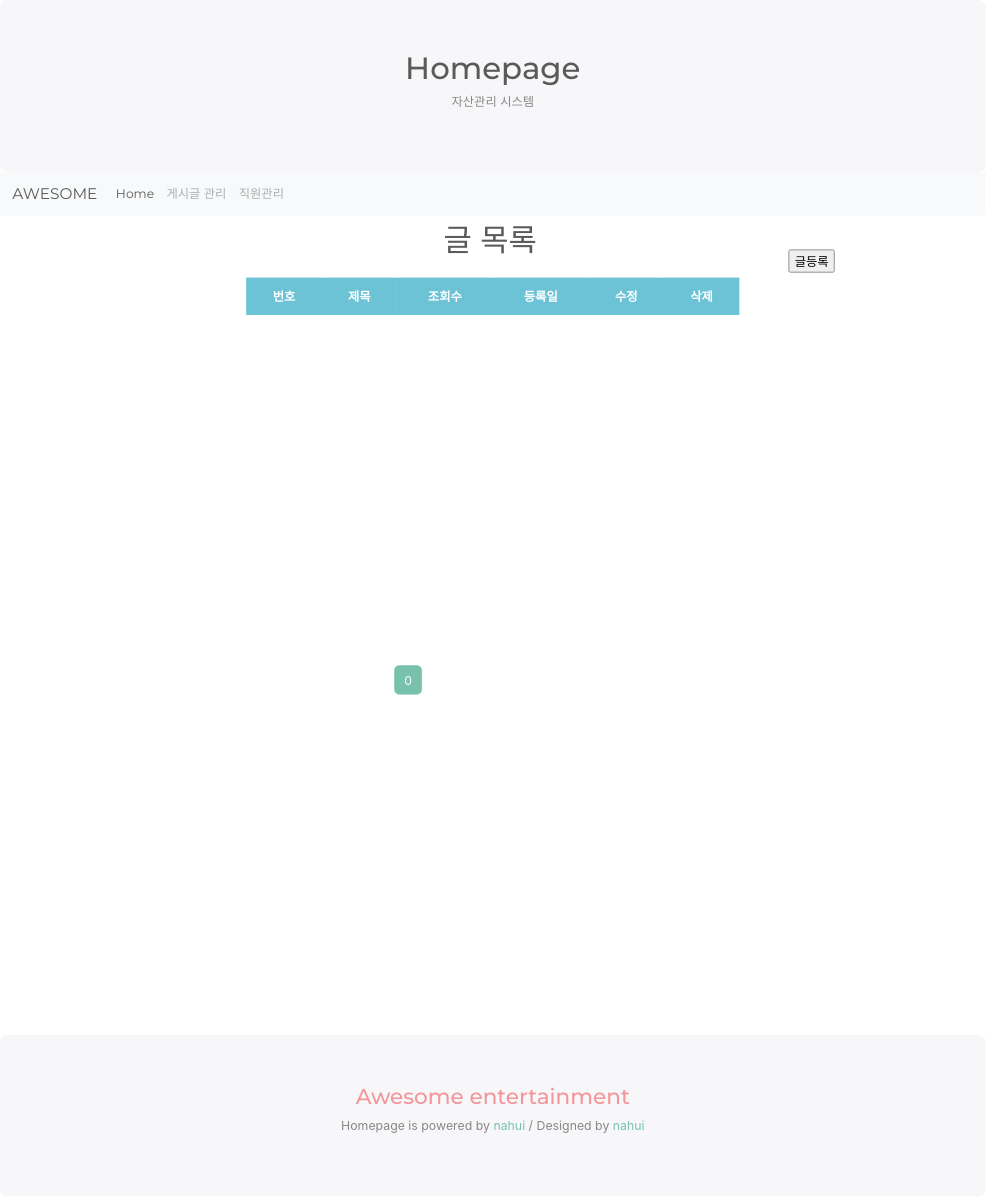
Repository: Nahui068/project1
Page: http://localhost/project1/WEB-INF/views/admin_board.jsp
The author's editor kept a copy of each file at every save. The page is drawn from the files as they stood at one save, then again after the next save.
The browser window is 1280 px wide. The pictures show the whole page, at 77% of full size.
The page is served by Tomcat 9. Nobody is signed in. Other server files are loaded and not shown. The template is opened directly, without the code that normally fills it, so the values that code supplies are empty.

Above is the page before, as saved 2021-01-07 05:29:42.

### project1/src/main/webapp/WEB-INF/views/admin_board.jsp
<%@ page language="java" contentType="text/html; charset=UTF-8"
    pageEncoding="UTF-8"%>
<%@ taglib prefix="c" uri="http://java.sun.com/jsp/jstl/core" %>
<%@ taglib prefix="fmt" uri="http://java.sun.com/jsp/jstl/fmt" %>
<%@ include file="/WEB-INF/views/include/admin-header.jsp" %>

<script>

//이전 버튼 이벤트

function fn_prev(page, range, rangeSize) {

		var page = ((range - 2) * rangeSize) + 1;
		var range = range - 1;


		var url =  "${pageContext.request.contextPath}/admin_board";
		url = url + "?page=" + page;
		url = url + "&range=" + range;

		location.href = url;
	}


//페이지 번호 클릭

function fn_pagination(page, range, rangeSize, searchType, keyword) {

		var url = "${pageContext.request.contextPath}/admin_board";
		url = url + "?page=" + page;
		url = url + "&range=" + range;

		location.href = url;

	}

//다음 버튼 이벤트

	function fn_next(page, range, rangeSize) {

		var page = parseInt((range * rangeSize)) + 1;
		var range = parseInt(range) + 1;

		var url =  "${pageContext.request.contextPath}/admin_board";

		url = url + "?page=" + page;
		url = url + "&range=" + range;

		location.href = url;

	}

</script>

<!DOCTYPE html>
<html>
<head>
	<link href="resources/css/bootstrap.min.css" rel="stylesheet" type="text/css">
	<meta charset="UTF-8">
	<title>글 목록</title>
</head>
<body>
	<h1 style="position:absolute; top:40%; left:45%;">글 목록</h1>
	<input type="button" value="글등록" onClick="location.href='/project1/board_form'" style="position:absolute; top:45%; left:80%;">
	<table class="table table-hover" style="position:absolute; top:50%; left:25%; width:50%;">
		<tr class="table-info" style="text-align:center;">
			<th>번호</th>
			<th>제목</th>
			<th>조회수</th>
			<th>등록일</th>
			<th>수정</th>
			<th>삭제</th>
		</tr>
	<c:forEach var="list" items="${boardList}">
		<tr class="table-light" style="text-align:center;">
			<td>${list.num}</td>
			<td><a href="/project1/admin_content?num=${list.num}&title=${list.title}">${list.title}</a></td>
			<td>${list.readcount}</td>
			<fmt:formatDate var="dateTempParse" pattern="yyyy-MM-dd" value="${list.reg}"/>
			<td><c:out value="${dateTempParse}"></c:out></td>
			<td><a href="/project1/admin_board_update?num=${list.num}&title=${list.title}">수정</a></td>
			<td><a href="/project1/board_delete?num=${list.num}&title=${list.title}">삭제</a></td>
		</tr>
	</c:forEach>

	</table>

		<ul class="pagination" style="position:absolute; top:120%; left:40%; width:50%;">
			<c:if test="${pagination.prev}">

				<li class="page-item"><a class="page-link" href="#" onClick="fn_prev('${pagination.page}', '${pagination.range}', '${pagination.rangeSize}')">Previous</a></li>

			</c:if>


			<c:forEach begin="${pagination.startPage}" end="${pagination.endPage}" var="idx">

				<li class="page-item <c:out value="${pagination.page == idx ? 'active' : ''}"/> "><a class="page-link" href="#" onClick="fn_pagination('${idx}', '${pagination.range}', '${pagination.rangeSize}')"> ${idx} </a></li>

			</c:forEach>


			<c:if test="${pagination.next}">

				<li class="page-item"><a class="page-link" href="#" onClick="fn_next('${pagination.page}','${pagination.range}', '${pagination.rangeSize}')" >Next</a></li>

			</c:if>

		</ul>
<%@ include file="/WEB-INF/views/include/footer.jsp" %>
</body>
</html>

### project1/src/main/webapp/WEB-INF/views/include/admin-header.jsp
<%@ page language="java" contentType="text/html; charset=UTF-8"
    pageEncoding="UTF-8"%>
<%@ taglib prefix="c" uri="http://java.sun.com/jsp/jstl/core" %>

<!DOCTYPE html>
<html>
<head>
	<meta charset="UTF-8">
	<meta charset="utf-8">
	<meta name="viewport" content="width=device-width, initial-scale=1">
	<!-- CSS -->
	<link rel="stylesheet" href="https://maxcdn.bootstrapcdn.com/bootstrap/4.1.3/css/bootstrap.min.css">
	<!-- JS -->
	<script src="https://ajax.googleapis.com/ajax/libs/jquery/3.3.1/jquery.min.js"></script>
	<script src="https://cdnjs.cloudflare.com/ajax/libs/popper.js/1.14.3/umd/popper.min.js"></script>
	<script src="https://maxcdn.bootstrapcdn.com/bootstrap/4.1.3/js/bootstrap.min.js"></script>


</head>
<body>
	<div class="jumbotron text-center mb-0">
		<h1>Homepage</h1> <p>자산관리 시스템</p>
	</div>
	<nav class="navbar navbar-expand-lg navbar-light bg-light">
  <a class="navbar-brand" href="/project1/board_select">AWESOME</a>
  <button class="navbar-toggler" type="button" data-toggle="collapse" data-target="#navbarColor03" aria-controls="navbarColor03" aria-expanded="false" aria-label="Toggle navigation">
    <span class="navbar-toggler-icon"></span>
  </button>

  <div class="collapse navbar-collapse" id="navbarColor03">
    <ul class="navbar-nav mr-auto">
      <li class="nav-item active">
        <a class="nav-link" href="/project1/admin_board">Home
          <span class="sr-only">(current)</span>
        </a>
      </li>
      <li class="nav-item">
        <a class="nav-link" href="/project1/admin_board">게시글 관리</a>
      </li>
      <li class="nav-item">
        <a class="nav-link" href="#">직원관리</a>
      </li>
      <!-- <li class="nav-item dropdown">
        <a class="nav-link dropdown-toggle" data-toggle="dropdown" href="#" role="button" aria-haspopup="true" aria-expanded="false">Dropdown</a>
        <div class="dropdown-menu">
          <a class="dropdown-item" href="#">Action</a>
          <a class="dropdown-item" href="#">Another action</a>
          <a class="dropdown-item" href="#">Something else here</a>
          <div class="dropdown-divider"></div>
          <a class="dropdown-item" href="#">Separated link</a>
        </div>
      </li> -->
    </ul>
 	<c:if test="${sessionScope.id !=null}">
    	 ${sessionScope.id}
    	 <input type="button" value="로그아웃" onclick="location.href='/project1/logout'">
    </c:if>
 </div>

</nav>
</body>
</html>

### project1/src/main/webapp/WEB-INF/views/include/footer.jsp
<%@ page language="java" contentType="text/html; charset=UTF-8"
    pageEncoding="UTF-8"%>
<!DOCTYPE html>
<html>
<head>
<meta charset="UTF-8">
<link href="resources/css/bootstrap.min.css" rel="stylesheet" type="text/css">
<link href="resources/css/style-css.css" rel="stylesheet" type="text/css">
</head>
<body>
<!-- footer -->
<div id="footer" class="jumbotron text-center mt-5 mb-0" style="position:absolute;width:100%; top:180%;">
	<h3 class="text-secondary">Awesome entertainment</h3>
	<p>Homepage is powered by <span class="text-primary">nahui</span> / Designed by <span class="text-primary">nahui</span></p>
</div>

</body>
</html>

### project1/src/main/webapp/resources/css/style-css.css
@charset "UTF-8";

#stu_btn{
	margin-right:20px;
}

#meet_btn{
	margin-left:40px;
}

Loaded but not shown: project1/src/main/webapp/resources/css/bootstrap.min.css (library)

After the next save:
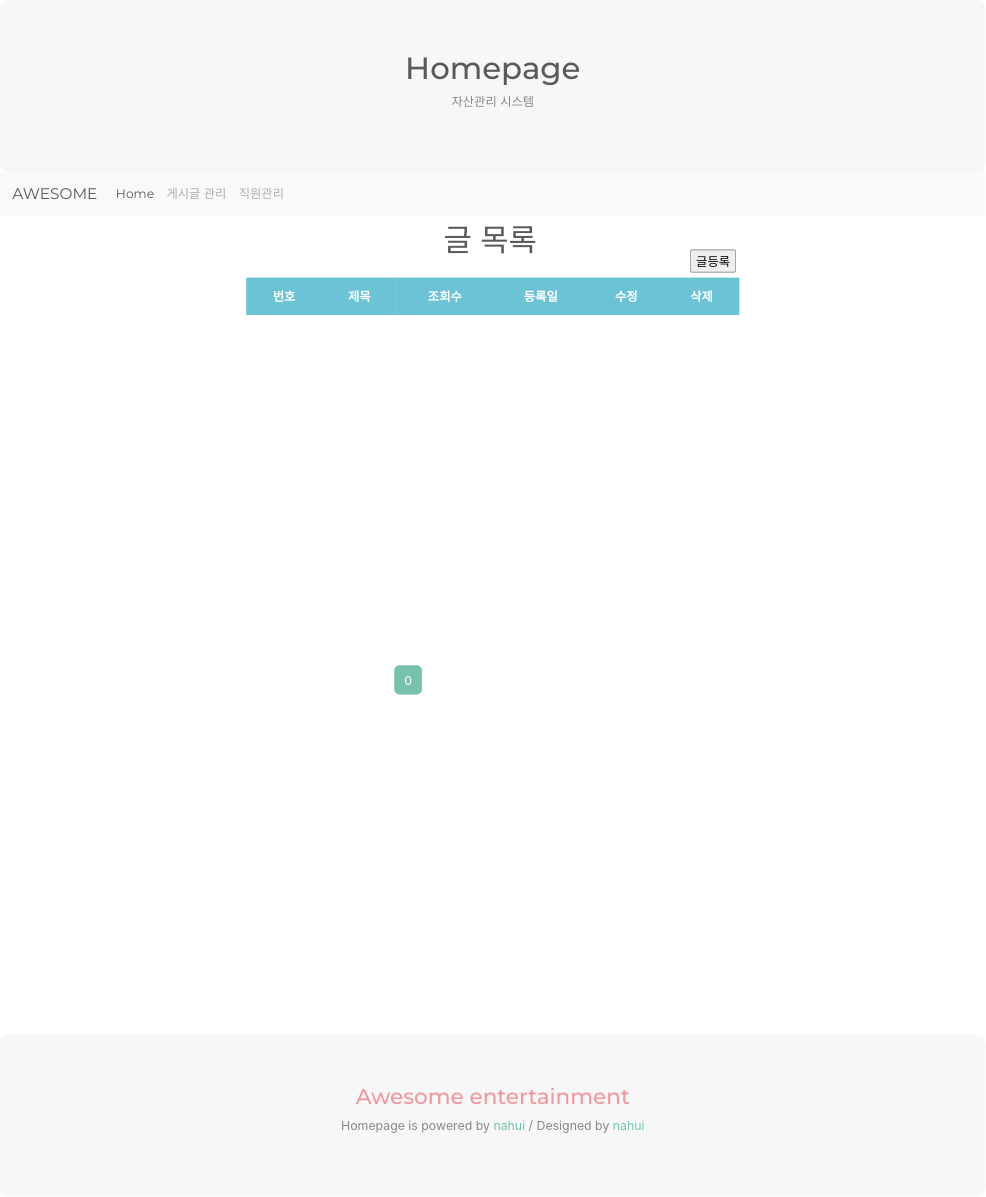
Saved 6 s later.
--- a/project1/src/main/webapp/WEB-INF/views/admin_board.jsp
+++ b/project1/src/main/webapp/WEB-INF/views/admin_board.jsp
@@ -61,7 +61,7 @@
 </head>
 <body>
 	<h1 style="position:absolute; top:40%; left:45%;">글 목록</h1>
-	<input type="button" value="글등록" onClick="location.href='/project1/board_form'" style="position:absolute; top:45%; left:80%;">
+	<input type="button" value="글등록" onClick="location.href='/project1/board_form'" style="position:absolute; top:45%; left:70%;">
 	<table class="table table-hover" style="position:absolute; top:50%; left:25%; width:50%;">
 		<tr class="table-info" style="text-align:center;">
 			<th>번호</th>
